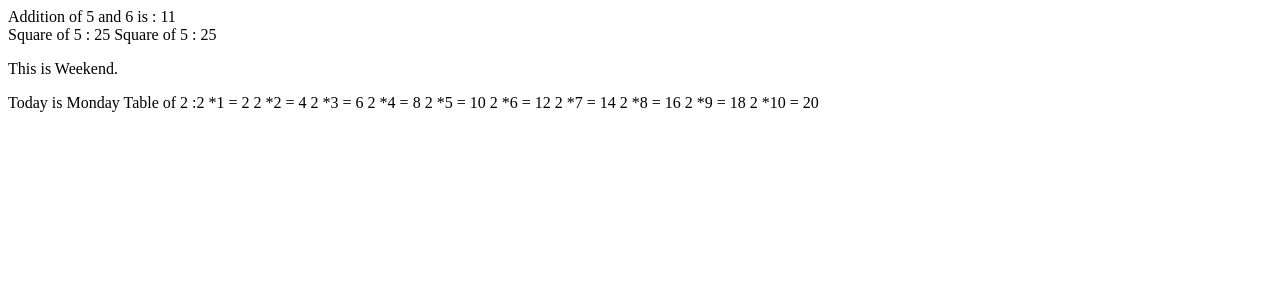
Repository: Shivanishinde8225/User-Managment-System
Page: http://localhost/JspDemo/Demo.jsp
An editor plug-in stored every save of this project. The page is shown before and after the next save, followed by the edit.
The browser window is 1280 px wide. The pictures show the whole page.
The page is served by Tomcat 9.

Above is the page before, as saved 2023-04-01 05:37:00.

### JspDemo/webapp/Demo.jsp
<%@ page language="java" contentType="text/html; charset=UTF-8"
    pageEncoding="UTF-8"%>
<!DOCTYPE html>
<html>
<head>
<meta charset="UTF-8">
<title>Insert title here</title>
</head>
<body>
	<%!
		int add(int x,int y){
			return x+y;
	    }
		int square(int n){
			return n*n;
		}
	%>
	<%= "Addition of 5 and 6 is : "+add(5, 6) %><br>
	<%= "Square of 5 : "+square(5) %>

	<%out.print("Square of 5 : "+square(5) );%><br>

	<%-- This is comments --%>

	<%! int day = 6; %>
	<%if(day == 6 || day == 7){%>
		<p>This is Weekend.</p>
	<%}else{%>
		<p>This is not Weekend.</p>
	<%}%>

	<%--This is comments --%>

	<%!String days = "mon" ; %>
	<%switch(days){
	case "mon":
		out.print("Today is Monday");
		break;
	case "tue":
		out.print("Today is Tusday");
		break;
	case "wed":
		out.print("Today is Wednesday");
		break;
	case "thu":
		out.print("Today is Thrusday");
		break;
	case "fri":
		out.print("Today is Friday");
		break;
	case "sat":
		out.print("Today is Saturday");
		break;
	case "sun":
		out.print("Today is Sunday");
		break;
	default:
		out.print("invalid input");
	} %>

	<%out.print("Table of 2 :");
	for(int i = 1; i <= 10; i++){
		out.print("2 "+" *"+i+" = "+(2*i)+" \n");

	} %>
</body>
</html>

After the next save:
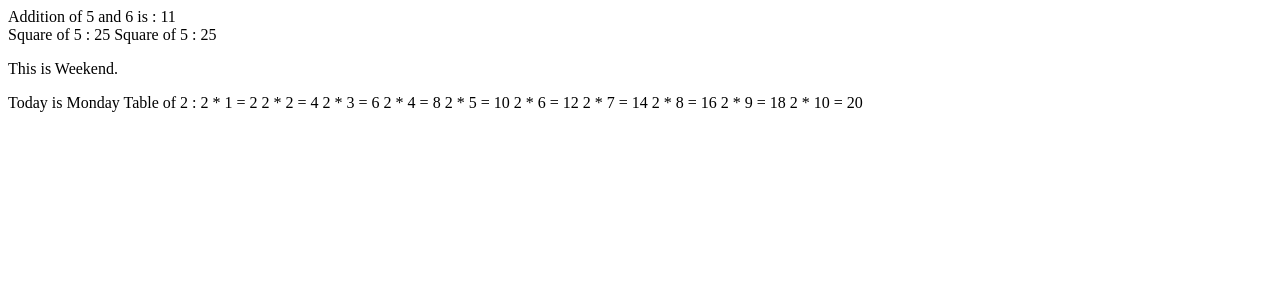
Saved 32 s later.
--- a/JspDemo/webapp/Demo.jsp
+++ b/JspDemo/webapp/Demo.jsp
@@ -60,7 +60,7 @@
 
 	<%out.print("Table of 2 :");
 	for(int i = 1; i <= 10; i++){
-		out.print("2 "+" *"+i+" = "+(2*i)+" \n");
+		out.println(" 2 "+" * "+i+" = "+(2*i)+" \n");
 
 	} %>
 </body>
